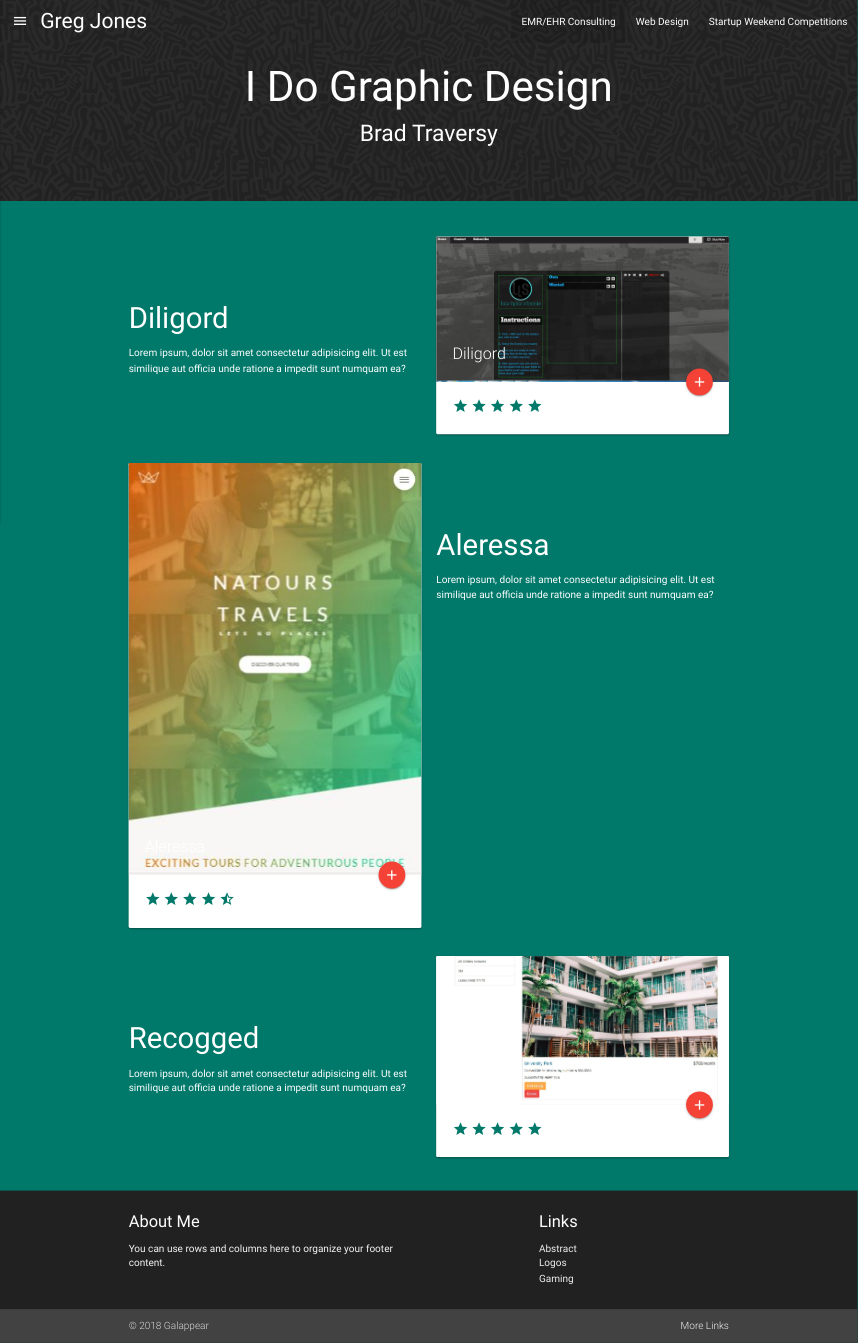
Repository: Greg919617/Existing-Portfolio
Page: index.html
An editor plug-in stored every save of this project. The page is shown before and after the next save, followed by the edit.
The browser window is 1280 px wide. The pictures show the whole page, at 67% of full size.
Some web libraries are served in a nearby version.

Above is the page before, as saved 2018-06-26 16:13:52.

### index.html
<!DOCTYPE html>
<html>

<head>
  <!--Import Google Icon Font-->
  <link href="https://fonts.googleapis.com/icon?family=Material+Icons" rel="stylesheet">
  <!--Import materialize.css-->
  <link type="text/css" rel="stylesheet" href="css/materialize.min.css" media="screen,projection" />
  <link type="text/css" rel="stylesheet" href="css/main.css" />

  <!--Let browser know website is optimized for mobile-->
  <meta name="viewport" content="width=device-width, initial-scale=1.0" />
  <title>Galappear</title>
</head>

<body>
  <!-- Header -->
  <header class="main-header">
    <nav class="transparent nav-wrapper z-depth-0">
      <div class="nav-wrapper">
        <a href="#" data-activates="mobile-nav" class="button-collapse show-on-large">
          <i class="material-icons">menu</i>
        </a>
        <a href="index.html" class="brand-logo">Greg Jones</a>
        <ul class="right hide-on-med-and-down">
          <li class="active">
            <a href="index.html">EMR/EHR Consulting</a>
          </li>
          <li>
            <a href="logos.html">Web Design</a>
          </li>
          <li>
            <a href="gaming.html">Startup Weekend Competitions</a>
          </li>
        </ul>
      </div>
      <ul class="side-nav" id="mobile-nav">
        <li>
          <a href="index.html">EMR/EHR Consulting</a>
        </li>
        <li>
          <a href="logos.html">Web Design</a>
        </li>
        <li>
          <a href="gaming.html">Startup Weekend Competitions</a>
        </li>
      </ul>
    </nav>
    <h1 class="center">I Do Graphic Design</h1>
    <h4 class="center">Brad Traversy</h4>
  </header>

  <!-- Section: Main -->
  <section class="section section-main">
    <div class="container">
      <!-- Row 1 -->
      <div class="row row-1">
        <div class="col m6 hide-on-small-only">
          <div class="img-content">
            <h3>Diligord</h3>
            Lorem ipsum, dolor sit amet consectetur adipisicing elit. Ut est similique aut officia unde ratione a impedit sunt numquam
            ea?
          </div>
        </div>
        <div class="col m6">
          <div class="card">
            <div class="card-image">
              <img src="img/gallery/kleehomepage.jpg" alt="">
              <span class="card-title">Diligord</span>
              <a href="#abstract1" class="btn-floating halfway-fab waves-effect waves-light red modal-trigger">
                <i class="material-icons">add</i>
              </a>
            </div>
            <div class="card-content">
              <p>
                <i class="material-icons">star</i>
                <i class="material-icons">star</i>
                <i class="material-icons">star</i>
                <i class="material-icons">star</i>
                <i class="material-icons">star</i>
              </p>
            </div>
          </div>
        </div>
      </div>

      <!-- Row 2 -->
      <div class="row row-2">
        <div class="col m6">
          <div class="card">
            <div class="card-image">
              <img src="img/gallery/natoursheaderfinal.jpg" alt="">
              <span class="card-title">Aleressa</span>
              <a href="#abstract2" class="btn-floating halfway-fab waves-effect waves-light red modal-trigger">
                <i class="material-icons">add</i>
              </a>
            </div>
            <div class="card-content">
              <p>
                <i class="material-icons">star</i>
                <i class="material-icons">star</i>
                <i class="material-icons">star</i>
                <i class="material-icons">star</i>
                <i class="material-icons">star_half</i>
              </p>
            </div>
          </div>
        </div>
        <div class="col m6 hide-on-small-only">
          <div class="img-content">
            <h3>Aleressa</h3>
            Lorem ipsum, dolor sit amet consectetur adipisicing elit. Ut est similique aut officia unde ratione a impedit sunt numquam
            ea?
          </div>
        </div>
      </div>

      <!-- Row 3 -->
      <div class="row row-3">
        <div class="col m6 hide-on-small-only">
          <div class="img-content">
            <h3>Recogged</h3>
            Lorem ipsum, dolor sit amet consectetur adipisicing elit. Ut est similique aut officia unde ratione a impedit sunt numquam
            ea?
          </div>
        </div>
        <div class="col m6">
          <div class="card">
            <div class="card-image">
              <img src="img/gallery/apartment.jpg" alt="">
              <span class="card-title">Recogged</span>
              <a href="#abstract3" class="btn-floating halfway-fab waves-effect waves-light red modal-trigger">
                <i class="material-icons">add</i>
              </a>
            </div>
            <div class="card-content">
              <p>
                <i class="material-icons">star</i>
                <i class="material-icons">star</i>
                <i class="material-icons">star</i>
                <i class="material-icons">star</i>
                <i class="material-icons">star</i>
              </p>
            </div>
          </div>
        </div>
      </div>
    </div>
  </section>

  <!-- Footer -->
  <footer class="page-footer">
    <div class="container">
      <div class="row">
        <div class="col l6 s12">
          <h5 class="white-text">About Me</h5>
          <p class="grey-text text-lighten-4">You can use rows and columns here to organize your footer content.</p>
        </div>
        <div class="col l4 offset-l2 s12">
          <h5 class="white-text">Links</h5>
          <ul>
            <li>
              <a class="grey-text text-lighten-3" href="index.html">Abstract</a>
            </li>
            <li>
              <a class="grey-text text-lighten-3" href="logos.html">Logos</a>
            </li>
            <li>
              <a class="grey-text text-lighten-3" href="gaming.html">Gaming</a>
            </li>

          </ul>
        </div>
      </div>
    </div>
    <div class="footer-copyright">
      <div class="container">
        © 2018 Galappear
        <a class="grey-text text-lighten-4 right" href="#!">More Links</a>
      </div>
    </div>
  </footer>

  <!-- Modal 1 -->
  <div id="abstract1" class="modal">
    <div class="modal-content">
      <h4>Diligord</h4>
      <img src="img/gallery/abstract1.jpg" alt="" class="responsive-img"> Lorem ipsum dolor sit amet consectetur adipisicing elit. Ipsum deleniti animi laboriosam, quisquam minus recusandae
      saepe delectus maxime a reiciendis!
    </div>
    <div class="modal-footer">
      <p>
        <i class="material-icons">star</i>
        <i class="material-icons">star</i>
        <i class="material-icons">star</i>
        <i class="material-icons">star</i>
        <i class="material-icons">star</i>
      </p>
    </div>
  </div>

  <!-- Modal 2 -->
  <div id="abstract2" class="modal">
    <div class="modal-content">
      <h4>Aleressa</h4>
      <img src="img/gallery/abstract2.jpg" alt="" class="responsive-img"> Lorem ipsum dolor sit amet consectetur adipisicing elit. Ipsum deleniti animi laboriosam, quisquam minus recusandae
      saepe delectus maxime a reiciendis!
    </div>
    <div class="modal-footer">
      <p>
        <i class="material-icons">star</i>
        <i class="material-icons">star</i>
        <i class="material-icons">star</i>
        <i class="material-icons">star</i>
        <i class="material-icons">star_half</i>
      </p>
    </div>
  </div>

  <!-- Modal 3 -->
  <div id="abstract3" class="modal">
    <div class="modal-content">
      <h4>Recogged</h4>
      <img src="img/gallery/abstract3.jpg" alt="" class="responsive-img"> Lorem ipsum dolor sit amet consectetur adipisicing elit. Ipsum deleniti animi laboriosam, quisquam minus recusandae
      saepe delectus maxime a reiciendis!
    </div>
    <div class="modal-footer">
      <p>
        <i class="material-icons">star</i>
        <i class="material-icons">star</i>
        <i class="material-icons">star</i>
        <i class="material-icons">star</i>
        <i class="material-icons">star</i>
      </p>
    </div>
  </div>

  <!--Import jQuery before materialize.js-->
  <script type="text/javascript" src="https://code.jquery.com/jquery-3.2.1.min.js"></script>
  <script type="text/javascript" src="js/materialize.min.js"></script>
  <script>
    $(document).ready(function () {
      // Init Sidenav
      $('.button-collapse').sideNav();

      // Init Modal
      $('.modal').modal();

      // Scrollfire
      const options = [
        {
          selector: '.row-1', offset: 50, callback: function (el) {
            Materialize.fadeInImage($(el));
          }
        },
        {
          selector: '.row-2', offset: 300, callback: function (el) {
            Materialize.fadeInImage($(el));
          }
        },
        {
          selector: '.row-3', offset: 400, callback: function (el) {
            Materialize.fadeInImage($(el));
          }
        }
      ];

      Materialize.scrollFire(options);

    });
  </script>
</body>

</html>

Loaded but not shown: css/materialize.min.css (library); css/main.css (library); js/materialize.min.js (library)

After the next save:
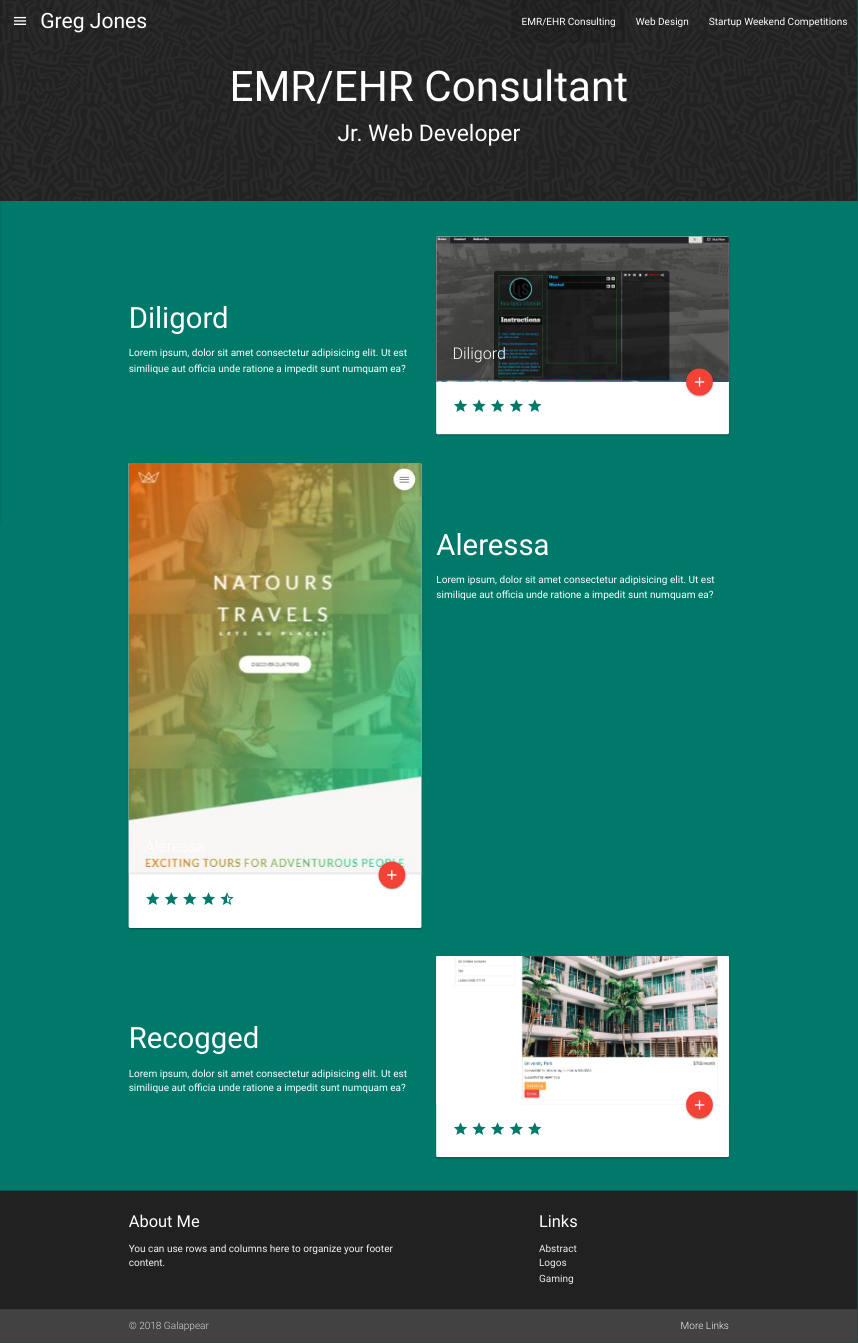
Saved 43 s later.
--- a/index.html
+++ b/index.html
@@ -46,8 +46,8 @@
         </li>
       </ul>
     </nav>
-    <h1 class="center">I Do Graphic Design</h1>
-    <h4 class="center">Brad Traversy</h4>
+    <h1 class="center">EMR/EHR Consultant</h1>
+    <h4 class="center">Jr. Web Developer</h4>
   </header>
 
   <!-- Section: Main -->
